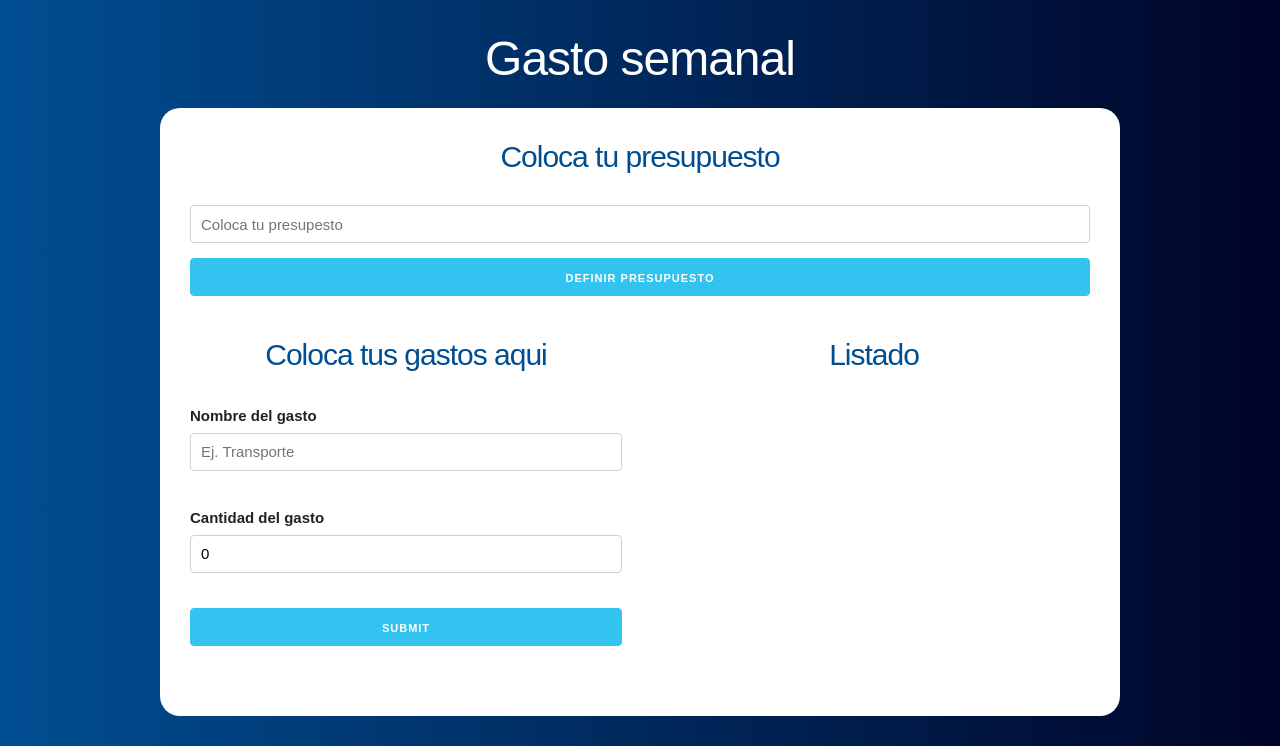
Repository: leonmezu1/presupuesto
Page: /
These files come from the project's save history. The page is drawn as it stood at one moment and after the next save; the edit follows.
The browser window is 1280 px wide. The pictures show the whole page.
The project was rebuilt for these pictures with package versions that can differ from the ones it lists, and the page was loaded fresh each time. Also part of the build but not shown: src/components/Gasto.js. Imported but missing from the stored project, and not drawn on this page: src/components/Error.

Above is the page before, as saved 2020-10-07 15:29:44.

After the next save:
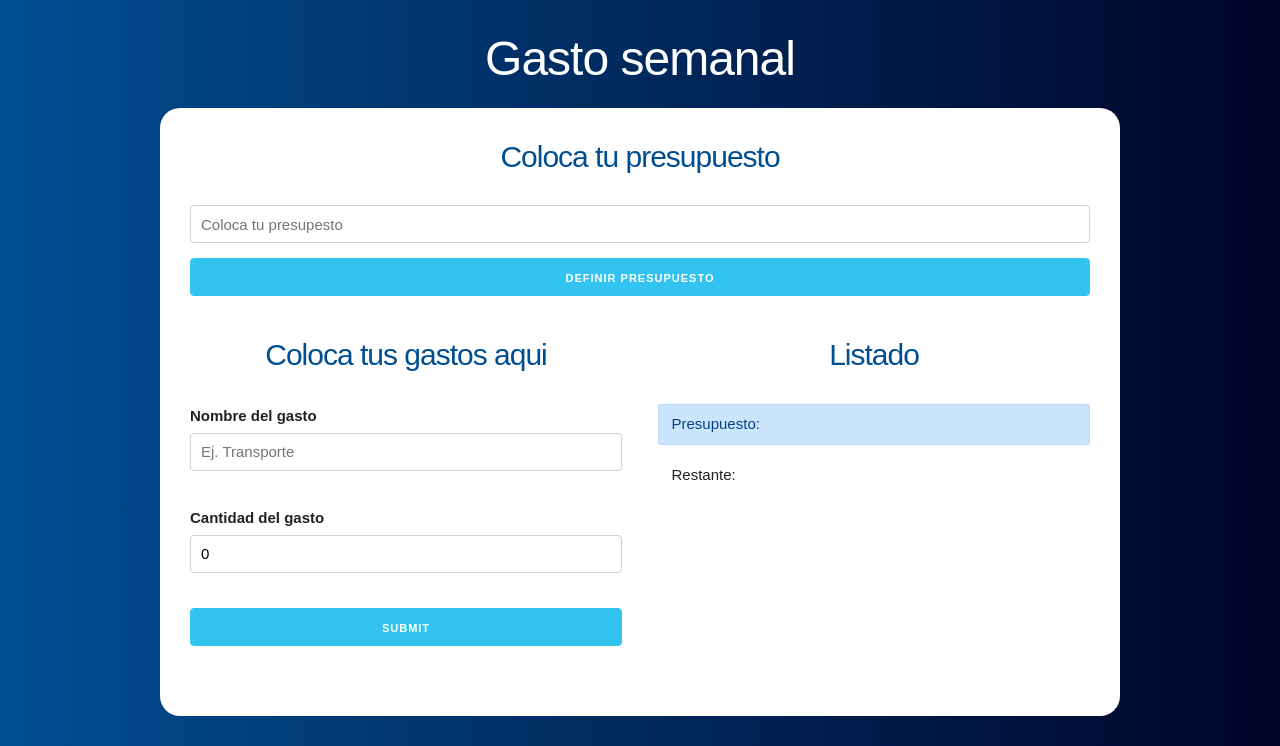
Saved 27 s later.
--- a/src/App.js
+++ b/src/App.js
@@ -1,4 +1,5 @@
 import React, { useState, useEffect } from "react";
+import ControlPresupuesto from "./components/ControlPresupuesto";
 import Formulario from "./components/Formulario";
 import Listado from "./components/Listado";
 import Pregunta from "./components/Pregunta";
@@ -27,6 +28,7 @@ function App() {
             </div>
             <div className="one-half column">
               <Listado gastos={gastos}/>
+              <ControlPresupuesto />
             </div>
           </div>
         </div>
